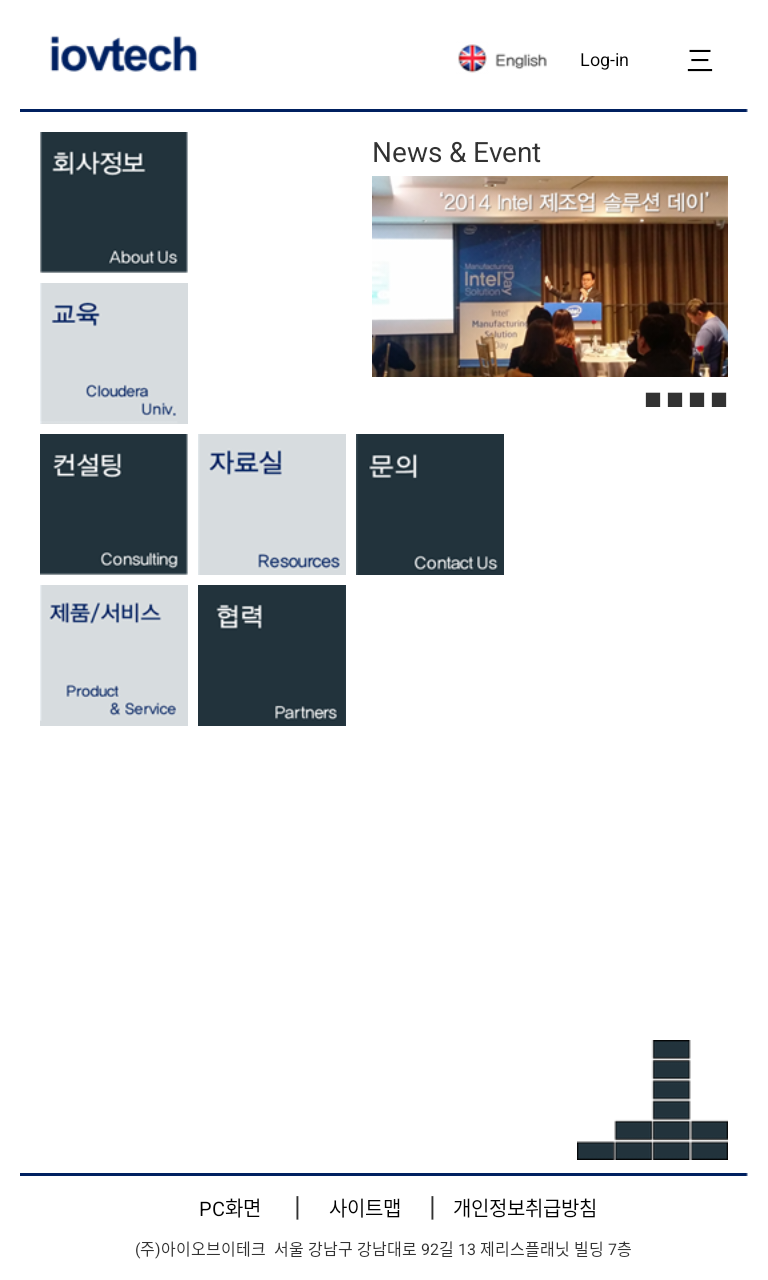
Repository: hyekkyung/CDH_Tutorials
Layout: Mobile_IOV/res/layout/test_page_0.xml
The author's editor kept a copy of each file at every save. The layout is drawn from the files as they stood at one save, then again after the next save.
It is drawn on a 768 x 1280 px phone screen (xhdpi) without system bars, with theme AppTheme; the app's code is not run.

Above is the layout before, as saved 2015-02-02 06:37:48.

After the next save:
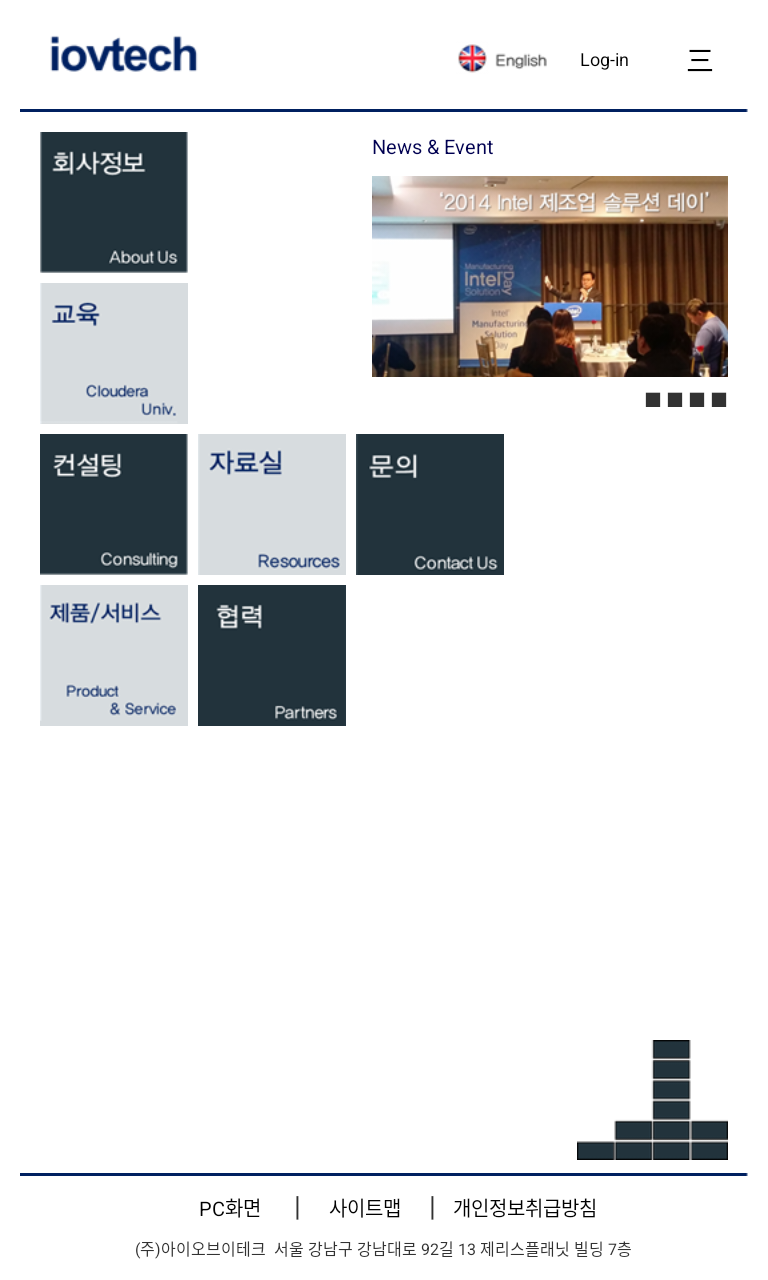
Saved 71 s later.
--- a/Mobile_IOV/res/layout/test_page_0.xml
+++ b/Mobile_IOV/res/layout/test_page_0.xml
@@ -151,7 +151,8 @@
             android:layout_alignParentRight="true"
             android:layout_below="@+id/textView2"
             android:src="@drawable/event_1"
-            android:background="#FFFFFF" />
+            android:background="#FFFFFF"
+            android:paddingTop="5sp" />
 
         <TextView
             android:id="@+id/textView2"
@@ -160,7 +161,8 @@
             android:layout_alignLeft="@+id/imageButton1"
             android:layout_alignParentTop="true"
             android:text="News &amp; Event"
-            android:textAppearance="?android:attr/textAppearanceSmall"
+            android:textColor="#000051"
+            android:textSize="10sp"
             android:paddingBottom="3sp" />
 
         <ImageButton
